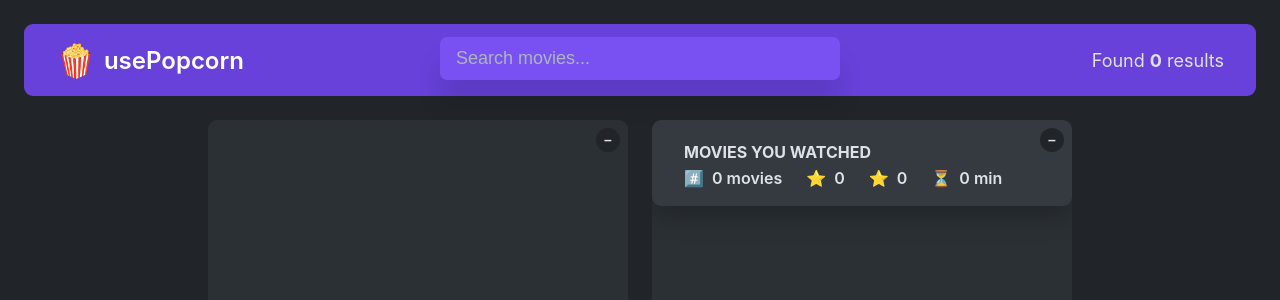
Repository: pmcalmeida/usepopcorn
Page: /
These files come from the project's save history. The page is drawn as it stood at one moment and after a run of saves; the edit follows.
The browser window is 1280 px wide. The pictures show the whole page.
The project was rebuilt for these pictures with package versions that can differ from the ones it lists, and the page was loaded fresh each time. Also part of the build but not shown: src/rating.js, src/details.js.

Above is the page before, as saved 2024-07-10 14:48:58.

### src/App.js
import { Fragment, useEffect, useState } from "react";
import Header from "./header";
import Main from "./main";
import MovieList from "./movie-list";
import { WatchedList, Summary }  from "./watched-list";
import Search from "./search";
import Box from "./box";
import MovieDetails from "./details";
import { useMovies } from "./useMovies";
import { useLocalStorageState } from "./useLocalStorageState";


const tempMovieData = [
  {
    imdbID: "tt1375666",
    Title: "Inception",
    Year: "2010",
    Poster:
      "https://m.media-amazon.com/images/M/MV5BMjAxMzY3NjcxNF5BMl5BanBnXkFtZTcwNTI5OTM0Mw@@._V1_SX300.jpg",
  },
  {
    imdbID: "tt0133093",
    Title: "The Matrix",
    Year: "1999",
    Poster:
      "https://m.media-amazon.com/images/M/MV5BNzQzOTk3OTAtNDQ0Zi00ZTVkLWI0MTEtMDllZjNkYzNjNTc4L2ltYWdlXkEyXkFqcGdeQXVyNjU0OTQ0OTY@._V1_SX300.jpg",
  },
  {
    imdbID: "tt6751668",
    Title: "Parasite",
    Year: "2019",
    Poster:
      "https://m.media-amazon.com/images/M/MV5BYWZjMjk3ZTItODQ2ZC00NTY5LWE0ZDYtZTI3MjcwN2Q5NTVkXkEyXkFqcGdeQXVyODk4OTc3MTY@._V1_SX300.jpg",
  },
];

function NumResults({ results }) {
  return (
      <p className="num-results">
          Found <strong>{results}</strong> results
      </p>
  )
}

function Loader() {
  return <p className="loader">Loading...</p>
}

function ErrorMessage({ message }) {
  return <p className="error">{message}</p>
}

export default function App() {
  const [query, setQuery] = useState("");
  const [selectedId, setSelectedId] = useState(null);
  const [movies, isLoading, error] = useMovies(query, handleCloseMovie);
  const [watched, setWatched] = useLocalStorageState([], "watched");

  function handleSelectMovie(id) {
    setSelectedId((selectedId) => (id === selectedId ? null : id));
  }

  function handleCloseMovie() {
    setSelectedId(null);
  }

  function handleAddWatched(movie) {
    setWatched((watched) => ([...watched, movie]));
  }

  function handleDeleteWatched(id) {
    setWatched((watched) => watched.filter(movie => movie.imdbId !== id));
  }

  return (
    <>
      <Header numMovies={movies.length}>
        <Search query={query} setQuery={setQuery} />
        <NumResults results={movies.length} />
      </Header>
      <Main>
        <Box>
          { isLoading && <Loader /> }
          { !isLoading && !error && <MovieList movies={movies} onSelectedMovie={handleSelectMovie} /> }
          { error && <ErrorMessage message={error} /> }
        </Box>
        <Box>
          {
              selectedId ? <MovieDetails
                selectedId={selectedId}
                onCloseMovie={handleCloseMovie}
                onAddWatched={handleAddWatched}
                watched={watched}
                /> :
              <>
                <Summary watched={watched}/>
                <WatchedList watched={watched} onDeleteWatched={handleDeleteWatched}/>
              </>
            }
        </Box>
      </Main>
    </>
  );
}

### src/header.js
import Logo from "./logo";

export default function Header({ children }) {
    return (
        <nav className="nav-bar">
        <Logo />{children}
    </nav>
    )
}

### src/main.js
export default function Main({ children }) {
    return (
        <main className="main">{ children }</main>
    );
}

### src/movie-list.js
import Rating from "./rating"

function Movie({ movie, onSelectedMovie }) {
    return (
        <li key={movie.imdbID} onClick={() => onSelectedMovie(movie.imdbID)}>
            <img src={movie.Poster} alt={`${movie.Title} poster`} />
            <h3>{movie.Title}</h3>
            <div>
            <p>
                <span>🗓</span>
                <span>{movie.Year}</span>
            </p>
            <Rating maxRating={5} size={22}/>
            </div>
        </li>
    )
}

export default function MovieList({ movies, onSelectedMovie }) {
    return (
        <ul className="list list-movies">
        {movies?.map((movie) => (<Movie key={movie.imdbID} movie={movie} onSelectedMovie={onSelectedMovie}/>))}
        </ul>
    )
}

### src/watched-list.js
import Star from "./star";

const average = (arr) =>
  arr.reduce((acc, cur, i, arr) => acc + cur / arr.length, 0);

export function Summary({ watched }) {
    const avgImdbRating = average(watched.map((movie) => movie.imdbRating));
    const avgUserRating = average(watched.map((movie) => movie.userRating));
    const avgRuntime = average(watched.map((movie) => movie.runtime));

    return (
        <div className="summary">
            <h2>Movies you watched</h2>
            <div>
            <p>
                <span>#️⃣</span>
                <span>{watched.length} movies</span>
            </p>
            <Star rating={avgImdbRating}/>
            <Star rating={avgUserRating}/>
            <p>
                <span>⏳</span>
                <span>{avgRuntime} min</span>
            </p>
            </div>
        </div>
    )
}

function WatchedMovie({ movie, onDeleteWatched }) {
    return (
        <li key={movie.imdbID}>
            <img src={movie.poster} alt={`${movie.title} poster`} />
            <h3>{movie.title}</h3>
            <div>
            <Star rating={movie.imdbRating}/>
            <Star rating={movie.userRating}/>
            <p>
                <span>⏳</span>
                <span>{movie.runtime} min</span>
            </p>
            </div>
            <button className="btn-delete" onClick={() => onDeleteWatched(movie.imdbId) }>X</button>
        </li>
    );
}

export function WatchedList({ watched, onDeleteWatched }) {
    return (
        <ul className="list">
            {watched.map((movie) => (
                <WatchedMovie key={movie.imdbId} movie={movie} onDeleteWatched={onDeleteWatched}/>
            ))}
        </ul>
    )
};

### src/search.js
import { useEffect, useRef } from 'react';
import { useKey } from './useKey';
export default function Search({ query, setQuery }) {
    const inputEl = useRef(null);

    useEffect(() => {
        const callback = (e) => {
            if (document.activeElement === inputEl.current) return;

            if (e.code === 'Enter') {
                inputEl.current.focus();
                setQuery("");
            }
        }
        document.addEventListener('keydown', callback);
        inputEl.current.focus();

        return () => document.removeEventListener('keydown', callback);
    }, [setQuery]);

    useKey('Enter', ()  => {
        if (document.activeElement === inputEl.current) return;
        inputEl.current.focus();
        setQuery("");
    });


    return (
        <input
            ref={inputEl}
            className="search"
            type="text"
            placeholder="Search movies..."
            value={query}
            onChange={(e) => setQuery(e.target.value)}
        />
    )
}

### src/box.js
import { useState } from "react";

export default function Box({ children }) {
    const [isOpen, setIsOpen] = useState(true);

    return (
        <div className="box">
            <button
                className="btn-toggle"
                onClick={() => setIsOpen((open) => !open)}
            >
                {isOpen ? "–" : "+"}
            </button>
            {isOpen && children}
        </div>
    )

}

### src/useMovies.js
import { useEffect, useState, useRef } from "react";

const ApiUrl = 'https://www.omdbapi.com/?apikey=7392b8d6&';


export function useMovies(query, callback) {
    const [movies, setMovies] = useState([]);
    const [isLoading, setIsLoading] = useState(false);
    const [error, setError] = useState("");
    const refCallback = useRef(callback);

    useEffect(() => {
        if (query) {
          const controller = new AbortController();
          refCallback.current?.();

          const fetchMovies = async () => {
            try {
              setIsLoading(true)
              const res = await fetch(`${ApiUrl}s=${query}`, { signal: controller.signal });

              if (!res.ok) {
                throw new Error('Something went wrong!');
              }

              const data = await res.json();
              if (Array.isArray(data.Search) && data.Search.length > 0) {
                setMovies(data.Search);
              } else {
                throw new Error('Movie not found!');
              }
            } catch(err) {
              if (err.name !== "AbortError") {
                console.log(err.message);
                setError(err.message);
              }
            } finally {
              setIsLoading(false);
            }
          }

          if (query.length < 3) {
            setMovies([]);
            setError('');
            return;
          }

          fetchMovies();

          return () => {
            controller.abort();
          }
        }
    }, [setMovies, setIsLoading, query]);

    return [movies, isLoading, error];
}

### src/useLocalStorageState.js
import { useEffect, useState } from "react";

export function useLocalStorageState(initialState, key) {
    const [value, setValue] = useState(() => {
        const storedValued = localStorage.getItem(key);
        return storedValued ? JSON.parse(storedValued) : initialState;
    });

    useEffect(() => {
        localStorage.setItem(key, JSON.stringify(value));
    },[value, initialState, key]);

    return [value, setValue];
}

### src/logo.js
export default function Logo() {
    return (
    <div className="logo">
        <span role="img">🍿</span>
        <h1>usePopcorn</h1>
    </div>
    )
}

### src/star.js
export default function Star({ rating }) {
    return (
        <p>
            <span>⭐️</span>
            <span>{rating}</span>
        </p>
    )
}

### src/useKey.js
import { useEffect } from "react";

export function useKey(keyCode, callback) {
    useEffect(() => {
        const onKeyDown = function(e) {
          if(e.code.toLowerCase() === keyCode.toLowerCase()) {
            callback();
          }
        };

        document.addEventListener('keydown', onKeyDown);

        return () => {
          document.removeEventListener('keydown', onKeyDown);
        }
      }, [callback, keyCode]);
}

Loaded but not shown: public/index.html (common file); src/index.js (common file); src/index.css (common file)

After the next 2 saves:
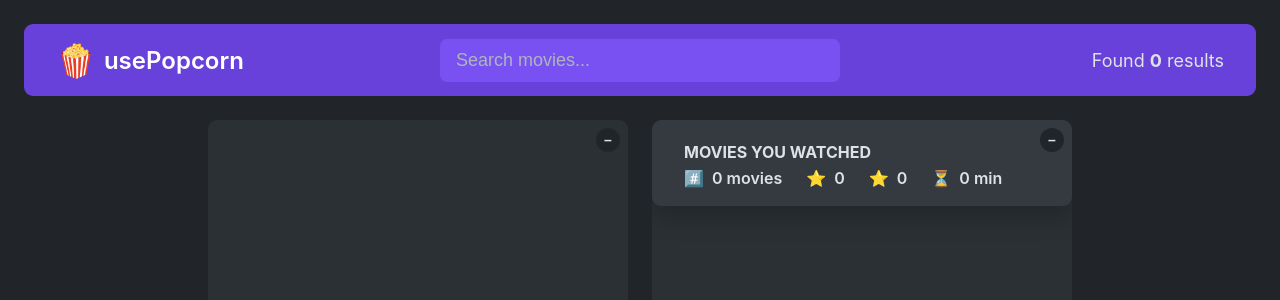
The 2 saves are shown as one change because they came seconds apart.
The last was saved 17 s later.
--- a/src/search.js
+++ b/src/search.js
@@ -1,22 +1,8 @@
-import { useEffect, useRef } from 'react';
+import { useRef } from 'react';
 import { useKey } from './useKey';
+
 export default function Search({ query, setQuery }) {
     const inputEl = useRef(null);
-
-    useEffect(() => {
-        const callback = (e) => {
-            if (document.activeElement === inputEl.current) return;
-
-            if (e.code === 'Enter') {
-                inputEl.current.focus();
-                setQuery("");
-            }
-        }
-        document.addEventListener('keydown', callback);
-        inputEl.current.focus();
-
-        return () => document.removeEventListener('keydown', callback);
-    }, [setQuery]);
 
     useKey('Enter', ()  => {
         if (document.activeElement === inputEl.current) return;
